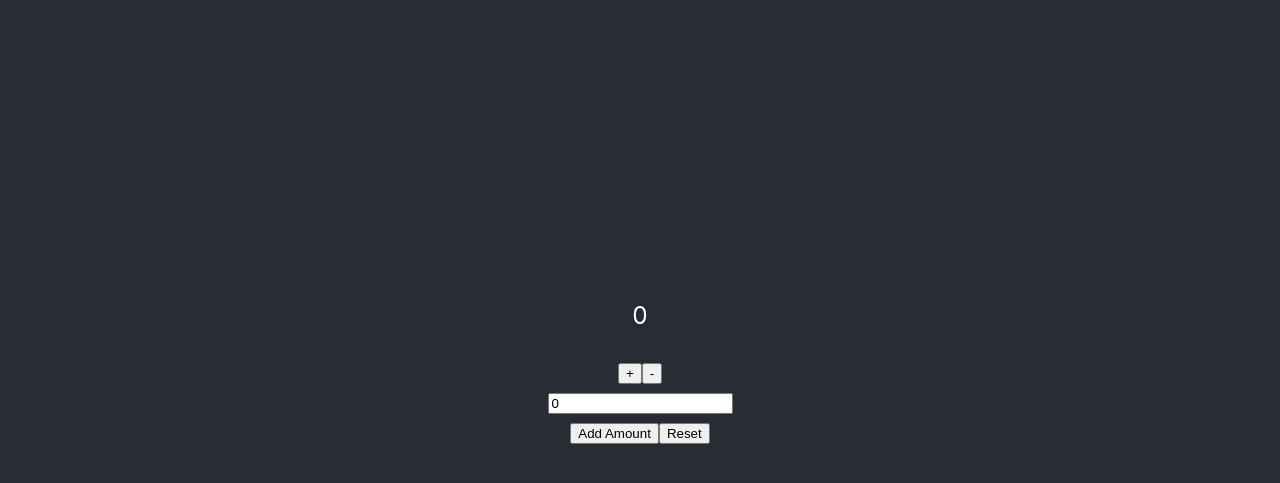
Repository: mahsa199170/React-Redux-Projects
Page: / (app in counter-app-redux-toolkit/)
These files come from the project's save history. The page is drawn as it stood at one moment and after the next save; the edit follows.
The browser window is 1280 px wide. The pictures show the whole page.
The project was rebuilt for these pictures with package versions that can differ from the ones it lists, and the page was loaded fresh each time.

Above is the page before, as saved 2024-10-28 15:13:11.

### counter-app-redux-toolkit/src/index.js
import React from 'react';
import ReactDOM from 'react-dom/client';
import './index.css';
import App from './App';
import { Provider } from 'react-redux';
import store from './store';

const root = ReactDOM.createRoot(document.getElementById('root'));
root.render(
  <React.StrictMode>
    <Provider store={store}>
      <App />
    </Provider>
  </React.StrictMode>
);

### counter-app-redux-toolkit/src/App.js
import './App.css';
import Counter from './components/counter/Counter';

function App() {
  return (
    <div className="App">
      <header className="App-header">
        <Counter />
      </header>
    </div>
  );
}

export default App;

### counter-app-redux-toolkit/src/store.js
import { configureStore, combineReducers } from '@reduxjs/toolkit';
import countReducer from './slice/counterSlice';

const rootReducer = combineReducers({
  counter: countReducer,
});

const store = configureStore({
  reducer: rootReducer,
});

export default store;

### counter-app-redux-toolkit/src/components/counter/Counter.js
import React, { useState } from 'react';
import { useDispatch, useSelector } from 'react-redux';
import {
  countSelector,
  DECREMENT_BY_ONE,
  INCREMENET_BY_ONE,
  INCREMENT_BY_AN_AMOUNT,
  RESET_AMOUNT,
} from '../../slice/counterSlice';

const Counter = () => {
  const [inputNumber, setInputNumber] = useState(0);
  const number = useSelector(countSelector);

  const dispatch = useDispatch();

  //   const addValue = Number(inputNumber) || 0;

  const handleIncrement = () => {
    dispatch(INCREMENET_BY_ONE());
  };
  const handleDecrement = () => {
    dispatch(DECREMENT_BY_ONE());
  };

  const addAmount = () => {
    dispatch(INCREMENT_BY_AN_AMOUNT(Number(inputNumber) || 0));
    setInputNumber(0);
  };

  const handleReset = () => {
    setInputNumber(0);
    dispatch(RESET_AMOUNT());
  };

  return (
    <section>
      <p>{number}</p>
      <div>
        <button onClick={handleIncrement}>+</button>
        <button onClick={handleDecrement}>-</button>
      </div>
      <div>
        <input
          type="text"
          placeholder="Enter the amount"
          value={inputNumber}
          onChange={(e) => setInputNumber(e.target.value)}
        />
      </div>
      <div>
        <button onClick={addAmount}>Add Amount</button>
        <button onClick={handleReset}>Reset </button>
      </div>
    </section>
  );
};

export default Counter;

### counter-app-redux-toolkit/src/slice/counterSlice.js
import { createSlice } from '@reduxjs/toolkit';

const initialState = {
  count: 0,
};

const counterSlice = createSlice({
  name: 'counter',
  initialState,
  reducers: {
    INCREMENET_BY_ONE: (state, action) => {
      state.count += 1;
    },
    DECREMENT_BY_ONE: (state, action) => {
      state.count -= 1;
    },
    INCREMENT_BY_AN_AMOUNT: (state, action) => {
      state.count += action.payload;
    },
    RESET_AMOUNT: (state, action) => {
      state.count = 0;
    },
  },
});

export const countSelector = (state) => state.counter.count;
export const {
  INCREMENET_BY_ONE,
  DECREMENT_BY_ONE,
  INCREMENT_BY_AN_AMOUNT,
  RESET_AMOUNT,
} = counterSlice.actions;

export default counterSlice.reducer;

Loaded but not shown: counter-app-redux-toolkit/public/index.html (common file); counter-app-redux-toolkit/src/index.css (common file); counter-app-redux-toolkit/src/App.css (common file)

After the next save:
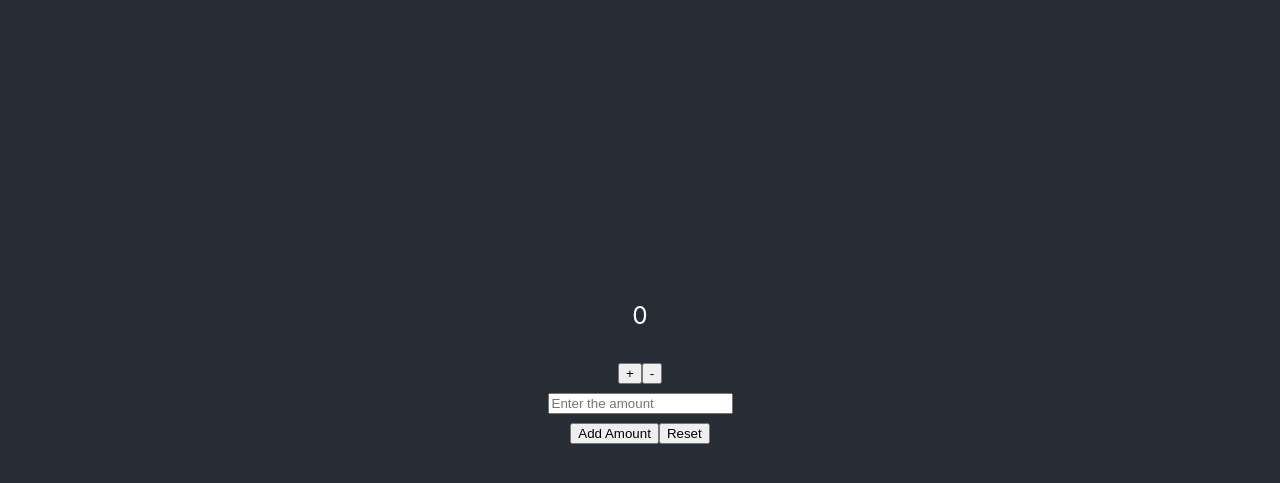
Saved 21 s later.
--- a/counter-app-redux-toolkit/src/components/counter/Counter.js
+++ b/counter-app-redux-toolkit/src/components/counter/Counter.js
@@ -9,7 +9,7 @@ import {
 } from '../../slice/counterSlice';
 
 const Counter = () => {
-  const [inputNumber, setInputNumber] = useState(0);
+  const [inputNumber, setInputNumber] = useState('');
   const number = useSelector(countSelector);
 
   const dispatch = useDispatch();
